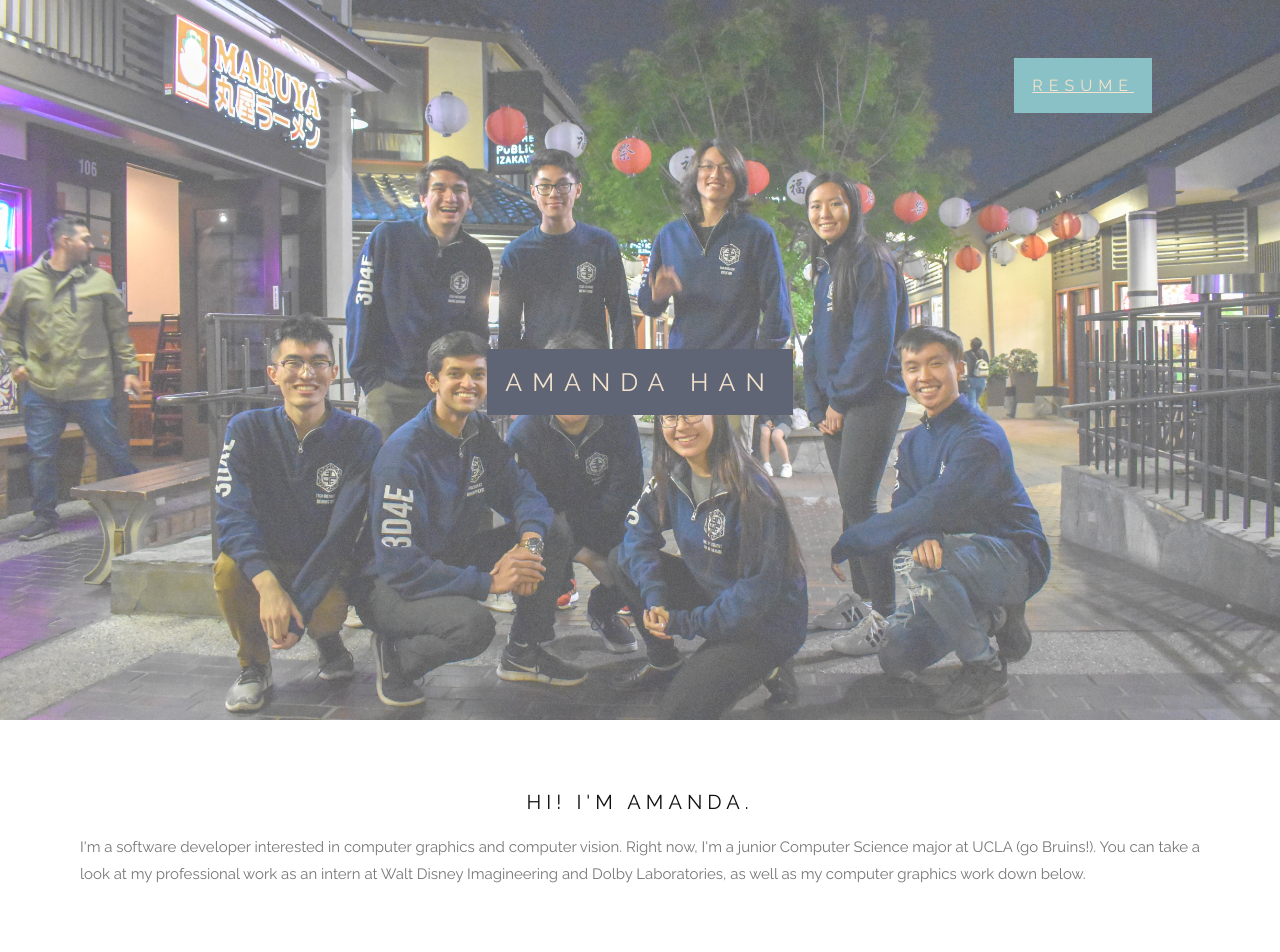
Repository: aliyuanh/me
Page: index.html
An editor plug-in stored every save of this project. The page is shown before and after the next save, followed by the edit.
The browser window is 1280 px wide. The pictures show the part of the page from y = 0 to 952 px (the page is 2787 px tall).

Above is the page before, as saved 2020-09-17 12:21:36.

### index.html
<!DOCTYPE html>
<html>

<head>
    <link href="https://fonts.googleapis.com/css2?family=Raleway:ital,wght@0,100;0,400;1,400;1,500&display=swap" rel="stylesheet">
    <meta name="viewport" content="width=device-width, initial-scale=1">
    <style>
         :root {
            --oxford-blue: #0b132bff;
            --space-cadet: #1c2541ff;
            --cadet-blue: #4da1a9ff;
            --wheat: #edd4b2ff;
            --mountbatten-pink: #9a7aa0ff;
        }

        body,
        html {
            height: 100%;
            margin: 0;
            font: 400 15px/1.8 "Raleway", sans-serif;
            color: #777;
        }

        .bgimg-1,
        .bgimg-2,
        .bgimg-3 {
            position: relative;
            opacity: 0.65;
            background-attachment: fixed;
            background-position: center;
            background-repeat: no-repeat;
            background-size: cover;
        }

        .bgimg-1 {
            background-image: url("img/tokyo.jpg");
            min-height: 100%;
        }

        .bgimg-2 {
            background-image: url("img/imagineering.jpg");
            min-height: 400px;
        }

        .bgimg-3 {
            background-image: url("img/cmmnd.png");
            min-height: 400px;
        }

        .caption {
            position: absolute;
            left: 0;
            top: 50%;
            width: 100%;
            text-align: center;
            color: #000;
        }

        .caption span.border {
            background-color: var(--oxford-blue);
            color: var(--wheat);
            padding: 18px;
            font-size: 25px;
            letter-spacing: 10px;
        }

        h3 {
            letter-spacing: 5px;
            text-transform: uppercase;
            font: 20px "Raleway", sans-serif;
            color: #111;
        }
        /* Turn off parallax scrolling for tablets and phones */

        .toResume {
            top: 10%;
            width: 100%;
            right: 10%;
            text-align: right;
            color: #000;
            position: absolute;
        }

        .resumeButton {
            background-color: var(--cadet-blue);
            color: var(--wheat);
            padding: 18px;
            font-size: 16px;
            letter-spacing: 6px;
        }

        @media only screen and (max-device-width: 1024px) {
            .bgimg-1,
            .bgimg-2,
            .bgimg-3 {
                background-attachment: scroll;
            }
        }
        /* CSS HEX */
    </style>
</head>

<body>

    <div class="bgimg-1">
        <div class="toResume">
            <a class="resumeButton" href="https://drive.google.com/file/d/1WPi9M0jbwAtVQjWsxIvFWxaKqeurGUjf/view?usp=sharing">RESUME</a>
        </div>
        <div class="caption">
            <span class="border">AMANDA HAN</span>
        </div>
    </div>

    <div style="color: #777;background-color:white;text-align:center;padding:50px 80px;text-align: justify;">
        <h3 style="text-align:center;">Hi! I'm Amanda.</h3>
        <p>I'm a software developer interested in computer graphics and computer vision. Right now, I'm a junior Computer Science major at UCLA (go Bruins!). You can take a look at my professional work as an intern at Walt Disney Imagineering and Dolby Laboratories,
            as well as my computer graphics work down below.
        </p>
    </div>

    <div class="bgimg-2">
        <div class="caption">
            <span class="border" style="background-color:transparent;font-size:25px;color: #f7f7f7;">LESS HEIGHT</span>
        </div>
    </div>

    <div style="position:relative;">
        <div style="color:#ddd;background-color:#282E34;text-align:center;padding:50px 80px;text-align: justify;">
            <p>Scroll up and down to really get the feeling of how Parallax Scrolling works.</p>
        </div>
    </div>

    <div class="bgimg-3">
        <div class="caption">
            <span class="border" style="background-color:transparent;font-size:25px;color: #f7f7f7;">SCROLL UP</span>
        </div>
    </div>

    <div style="position:relative;">
        <div style="color:#ddd;background-color:#282E34;text-align:center;padding:50px 80px;text-align: justify;">
            <p>Scroll up and down to really get the feeling of how Parallax Scrolling works.</p>
        </div>
    </div>

    <div class="bgimg-1">
        <div class="caption">
            <span class="border"><a href="mailto: aliyuanh@ucla.edu" style="color:#ddd ">Email me!</a></span>
        </div>
    </div>

</body>

</html>

After the next save:
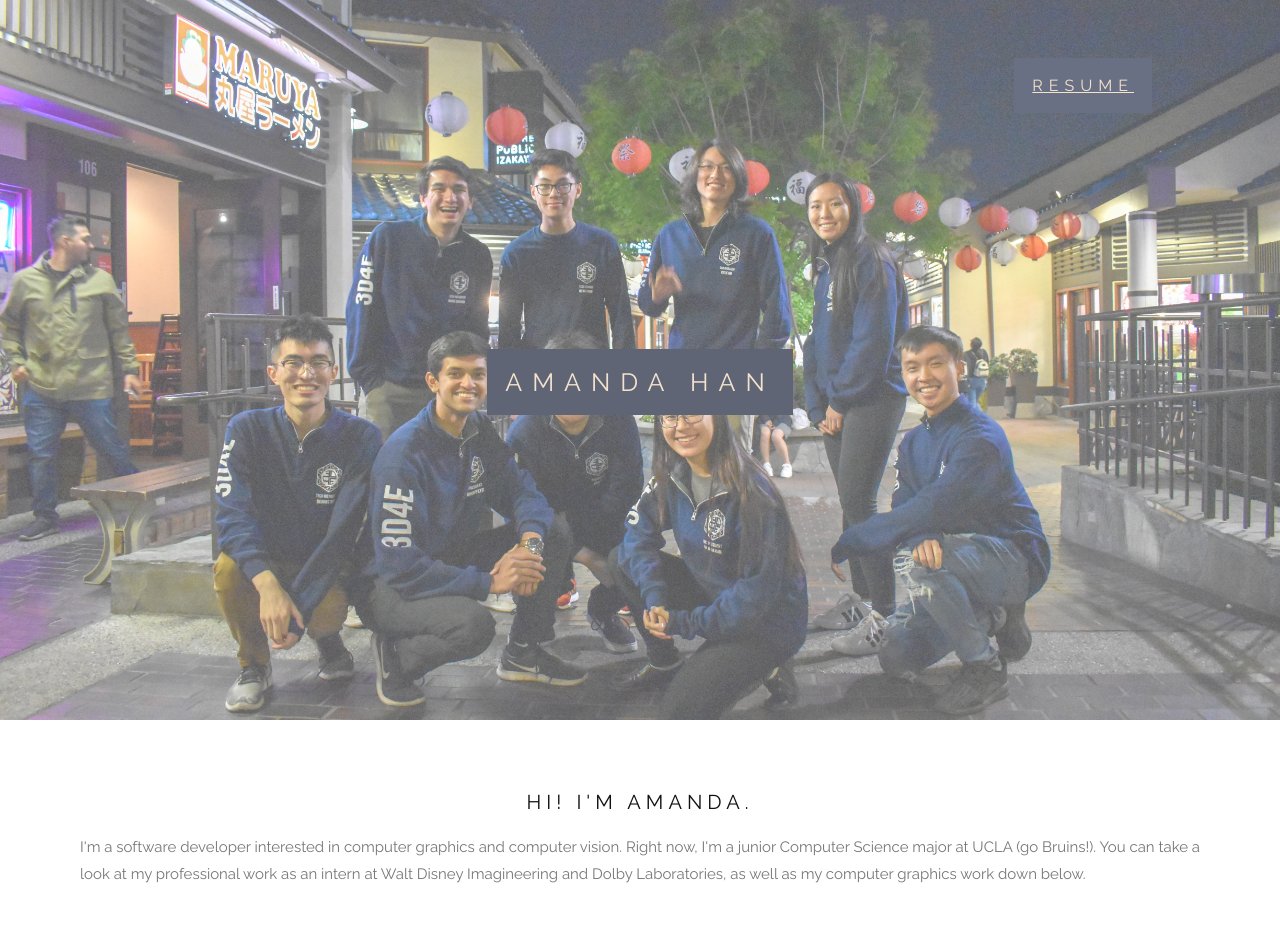
Saved 12 s later.
--- a/index.html
+++ b/index.html
@@ -82,7 +82,7 @@
         }
 
         .resumeButton {
-            background-color: var(--cadet-blue);
+            background-color: var(--space-cadet);
             color: var(--wheat);
             padding: 18px;
             font-size: 16px;
